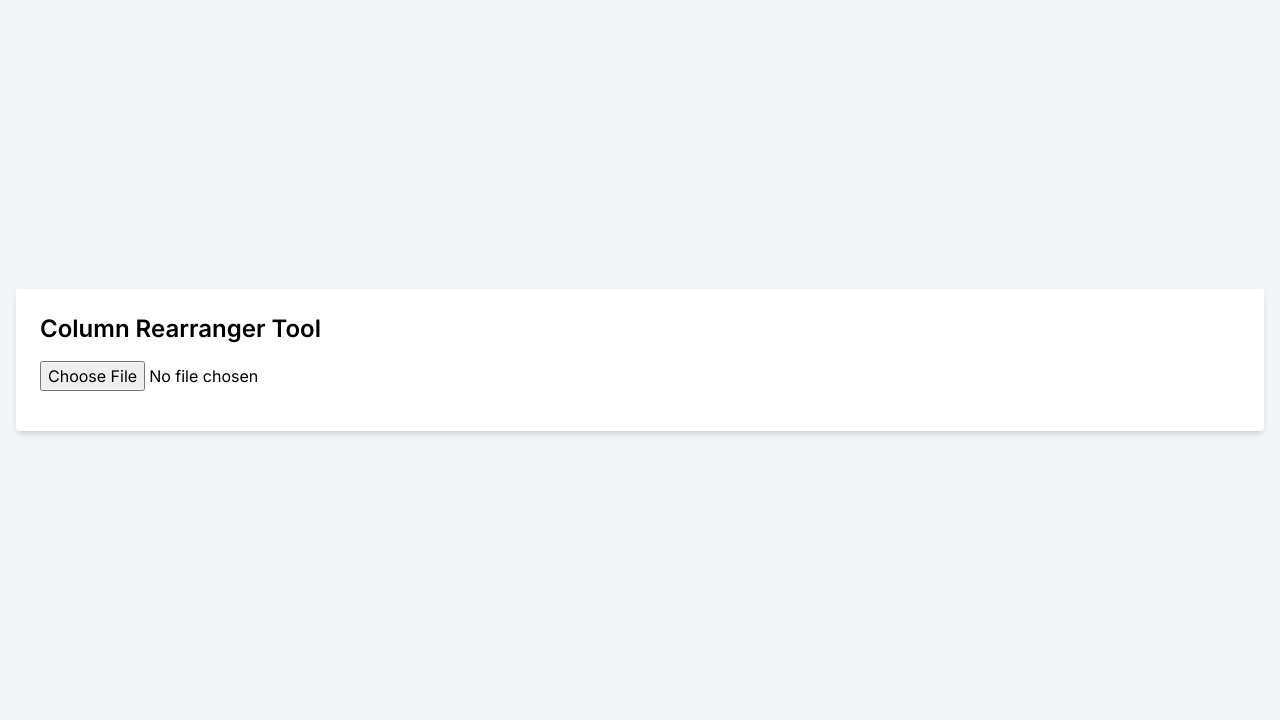
Repository: Wilderness-Committee/ColumnRearranger
Page: /
The author's editor kept a copy of each file at every save. The page is drawn from the files as they stood at one save, then again after the next save.
The browser window is 1280 px wide. The pictures show the whole page.
The project was rebuilt for these pictures with package versions that can differ from the ones it lists, and the page was loaded fresh each time. The framework's server and built-in components were replaced by stand-ins that run in the browser. Also part of the build but not shown: next.config.mjs.

Above is the page before, as saved 2024-05-28 09:02:22.

After the next save:
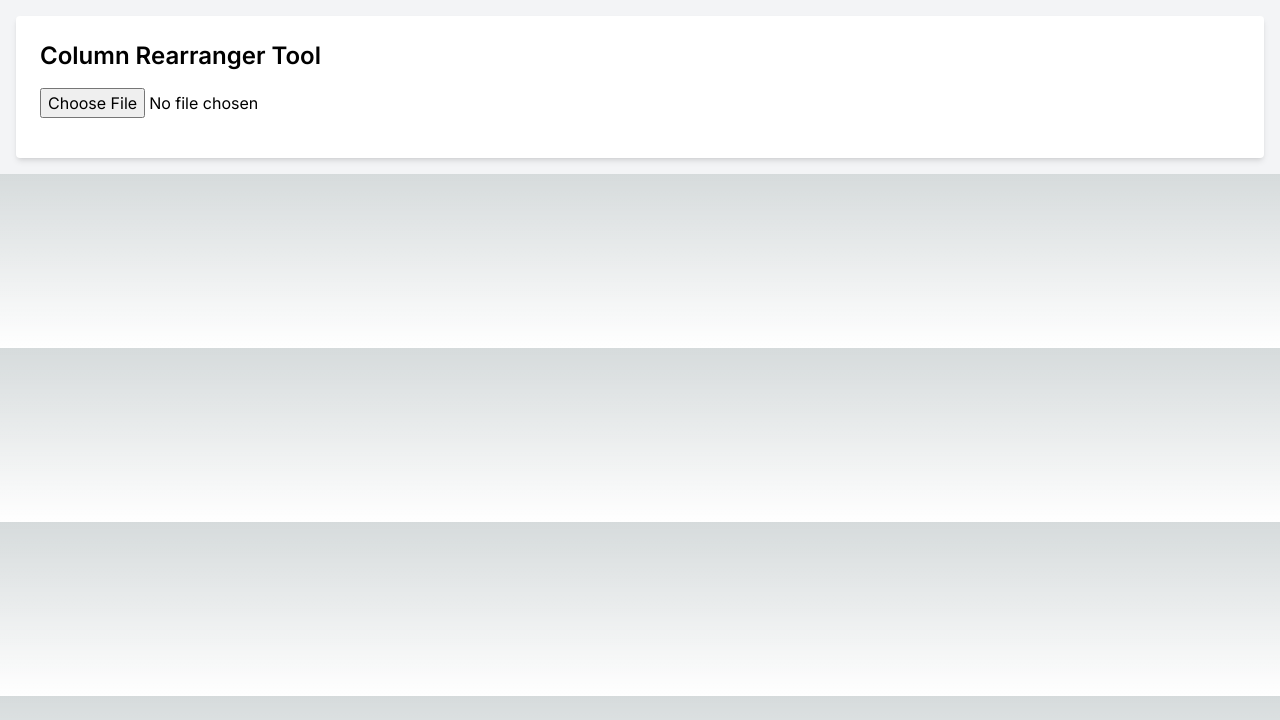
Saved 8 s later.
--- a/app/components/ColumnRearranger.tsx
+++ b/app/components/ColumnRearranger.tsx
@@ -52,7 +52,7 @@ const ColumnRearranger: React.FC = () => {
   };
 
   return (
-    <div className="min-h-screen flex flex-col items-center justify-center bg-gray-100 p-4 w-full">
+    <div className="h-full flex flex-col items-center justify-center bg-gray-100 p-4 w-full">
       <div className="bg-white shadow-md rounded p-6 w-full w-full">
         <h2 className="text-2xl font-semibold mb-4 text-black">
           Column Rearranger Tool
